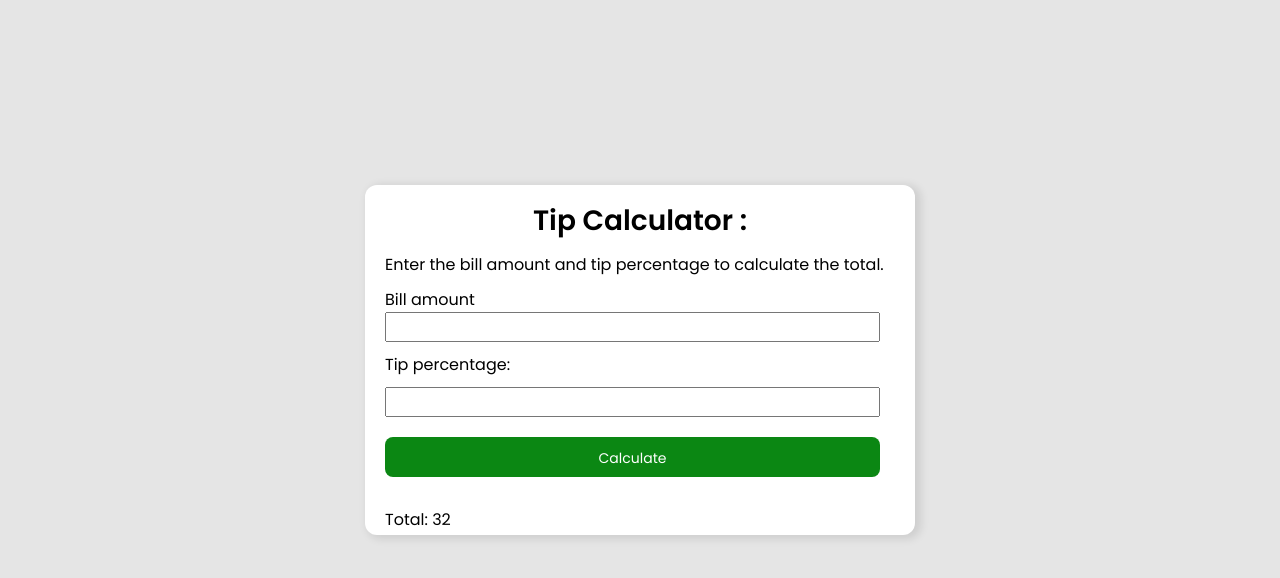
Repository: Ankitkr2021/Tip-Calculator
Page: index.html
An editor plug-in stored every save of this project. The page is shown before and after the next save, followed by the edit.
The browser window is 1280 px wide. The pictures show the whole page.

Above is the page before, as saved 2025-10-27 10:59:43.

### index.html
<!DOCTYPE html>
<html lang="en">
<head>
    <meta charset="UTF-8">
    <meta name="viewport" content="width=device-width, initial-scale=1.0">
    <title>Tip Calculator</title>
    <link rel="stylesheet" href="./style.css">
</head>
<body>
    <div class="box">
        <h2>Tip Calculator :</h2>
        <p>Enter the bill amount and tip percentage to calculate the total.</p>
        <p>Bill amount</p>
        <input type="number">
        <p>Tip percentage:</p>
        <input type="number">
        <button>Calculate</button>
        <p>Total: <span>32</span></p>
    </div>
</body>
</html>

### style.css
@import url('https://fonts.googleapis.com/css2?family=Poppins:wght@300;400;500;600;700&display=swap');

*{
    margin: 0;
    padding: 0;
    box-sizing: border-box;
    font-family: "Poppins",sans-serif;
}

body {
    height: 100vh;
    width: 100%;
    display: flex;
    align-items: center;
    justify-content: center;
    background: rgba(0,0,0,0.1);
}

.box {
    background: #fff;
    height: 350px;
    width: 550px;
    box-shadow: 4px 2px 8px 2px rgba(0,0,0,0.1);
    border-radius: 12px;
}

h2{
    text-align: center;
    padding: 15px 0 0 0;
    font-size: 28px;
    font-weight: 600;
}

p{
    padding: 10px 10px 0 10px ;
    margin-left: 10px;

}

input {
    width: 90%;
    height: 30px;
    margin-left: 20px;
}

button {
    padding: 3px 0 0 0;
    width: 90%;
    margin: 20px;
    height: 40px;
    background: rgb(11, 135, 19);
    border: none;
    color: #fff;
    font-size: 14px;
    border-radius: 8px;
}

p:nth-last-child(4) {
    padding: 10px;
}

After the next save:
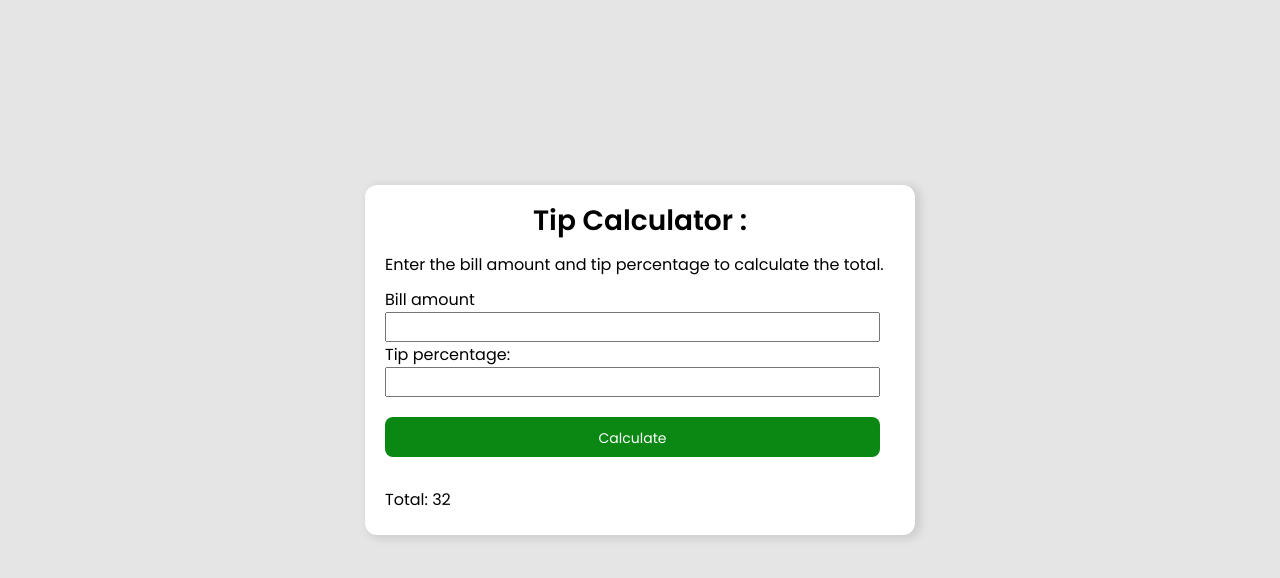
Saved 5 s later.
--- a/style.css
+++ b/style.css
@@ -56,5 +56,5 @@ button {
 }
 
 p:nth-last-child(4) {
-    padding: 10px;
+    padding: 0 10px;
 }
